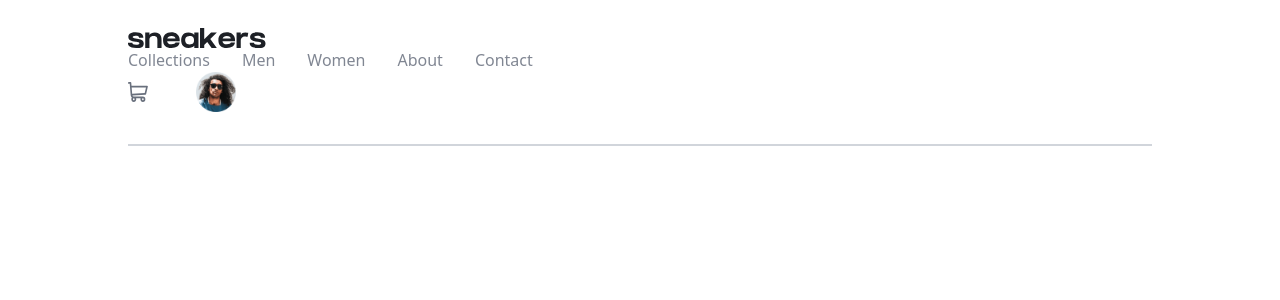
Repository: Sef24/product-design-sneakers
Page: /
The author's editor kept a copy of each file at every save. The page is drawn from the files as they stood at one save, then again after the next save.
The browser window is 1280 px wide. The pictures show the whole page.
The project was rebuilt for these pictures with package versions that can differ from the ones it lists, and the page was loaded fresh each time.

Above is the page before, as saved 2022-06-11 21:31:15.

### src/App.js
import Nav from "./components/Nav";

function App() {
  return (
    <main>
      <Nav />
    </main>
  );
}

export default App;

### src/components/Nav.js
import React from "react";
import logo from "../images/logo.svg";
import cart from "../images/icon-cart.svg";
import avatar from "../images/image-avatar.png";

function Nav() {
  return (
    <main className="flex items-center justify-between border-b-2 border-gray-300 pb-8 mx-32 ">
      <section className=" pt-7 ">
        <div>
          <img src={logo} alt="" className="h-5" />
        </div>

        <div className="flex space-x-8 mr-56 text-gray-500 opacity-85 text-md">
          <h4>Collections</h4>
          <h4>Men</h4>
          <h4>Women</h4>
          <h4>About</h4>
          <h4>Contact</h4>
        </div>

        <section className="flex items-center space-x-12 ">
          <img src={cart} alt="" className="h-5 w-5" />
          <img src={avatar} alt="" className="h-10" />
        </section>
      </section>
    </main>
  );
}

export default Nav;

### tailwind.config.js
/** @type {import('tailwindcss').Config} */
module.exports = {
  content: ["./src/**/*.{js,jsx,ts,tsx}"],
  theme: {
    extend: {
      fontFamily: {
        "kumbh-sans": ["kumbh-sans"],
      },
    },
  },
  plugins: [],
};

Loaded but not shown: public/index.html (common file); src/index.js (common file); src/index.css (common file)

After the next save:
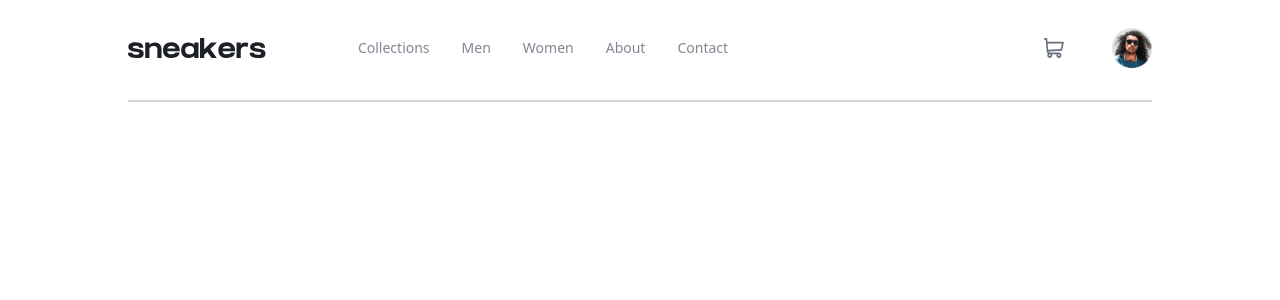
Saved 10 s later.
--- a/src/components/Nav.js
+++ b/src/components/Nav.js
@@ -5,13 +5,13 @@
 
 function Nav() {
   return (
-    <main className="flex items-center justify-between border-b-2 border-gray-300 pb-8 mx-32 ">
-      <section className=" pt-7 ">
+    <main className=" border-b-2 border-gray-300 pb-8 mx-32 ">
+      <section className="flex items-center justify-between pt-7 ">
         <div>
           <img src={logo} alt="" className="h-5" />
         </div>
 
-        <div className="flex space-x-8 mr-56 text-gray-500 opacity-85 text-md">
+        <div className="flex space-x-8 mr-56 text-gray-500 opacity-85 text-sm">
           <h4>Collections</h4>
           <h4>Men</h4>
           <h4>Women</h4>
